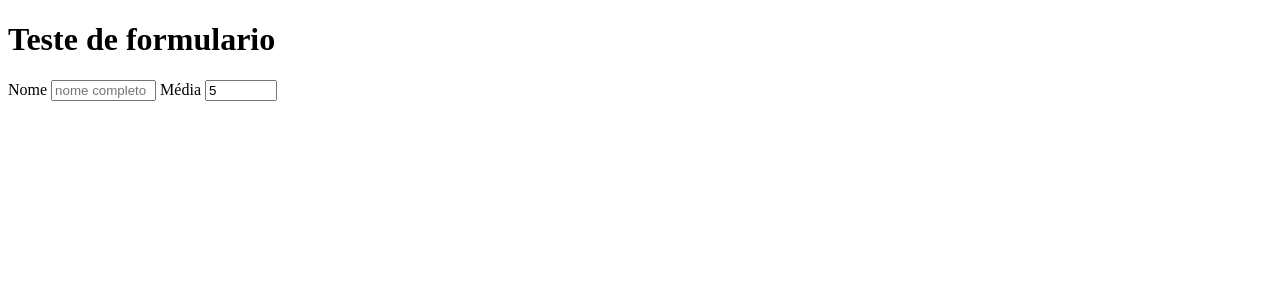
Repository: Lucianorodriguesdev/cursoHTML-CSS
Page: ex025/form003.html
The author's editor kept a copy of each file at every save. The page is drawn from the files as they stood at one save, then again after the next save.
The browser window is 1280 px wide. The pictures show the whole page.

Above is the page before, as saved 2026-07-07 23:24:24.

After the next save:
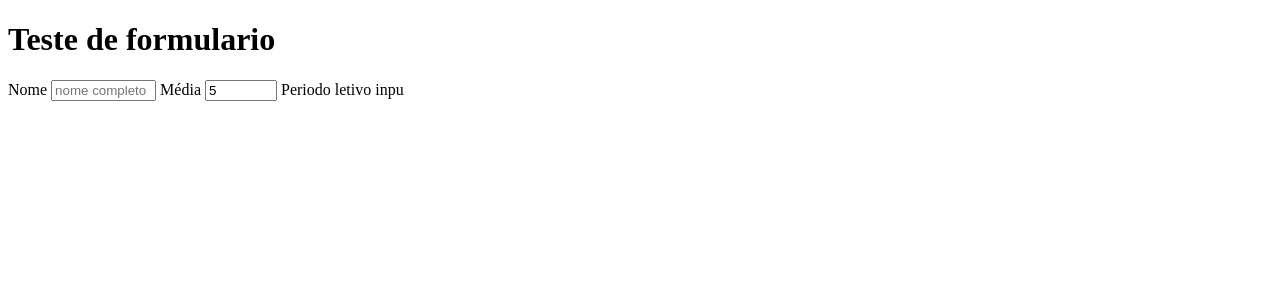
Saved 29 s later.
--- a/ex025/form003.html
+++ b/ex025/form003.html
@@ -14,6 +14,8 @@
         <label for="imedia" >Média</label>
         <input type="number" name="media" id="imedia" required min="0" max="10" value="5" step="0.5">
 
+        <label for="iperiodo">Periodo letivo</label>
+        inpu
    </form>
 </body>
 </html>
